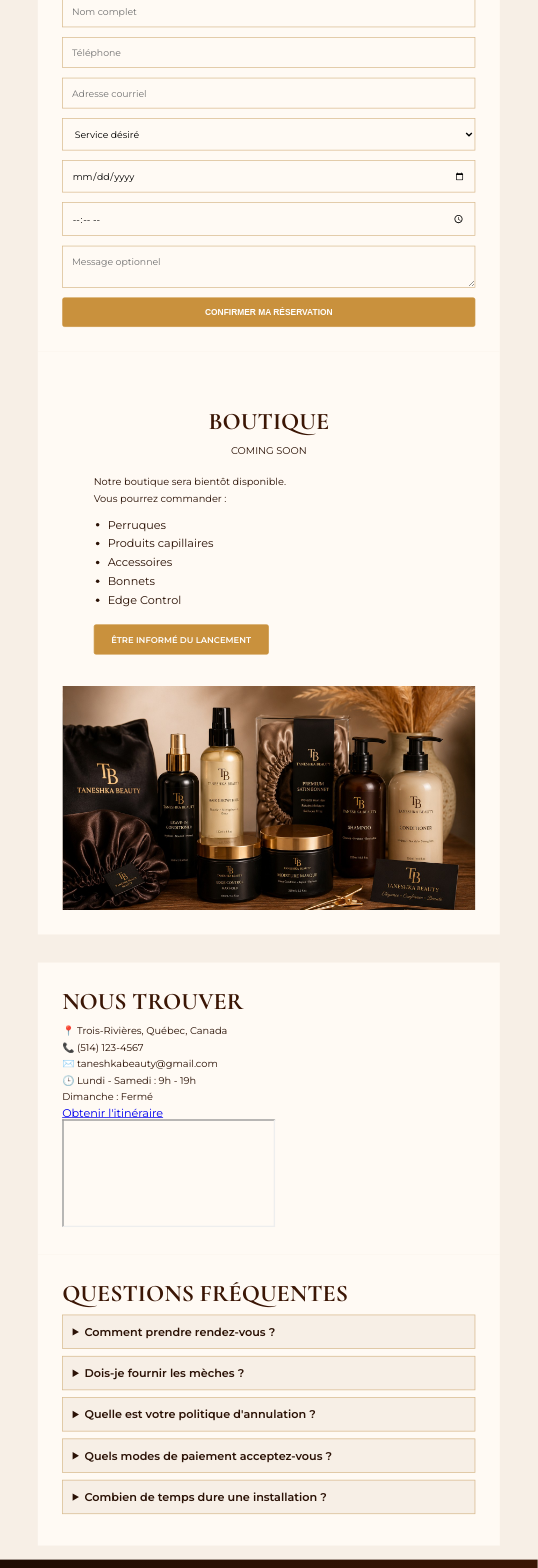
Repository: kngnepi/Taneshka-Beauty-House
Page: index.html
An editor plug-in stored every save of this project. The page is shown before and after the next save, followed by the edit.
The browser window is 768 px wide. The pictures show the part of the page from y = 4260 to 6500 px (the page is 6699 px tall before and 6882 px after), at 70% of full size.
Pictures or frames that could not be fetched are drawn as grey boxes.

Above is the page before, as saved 2026-06-24 22:28:35.

After the next save:
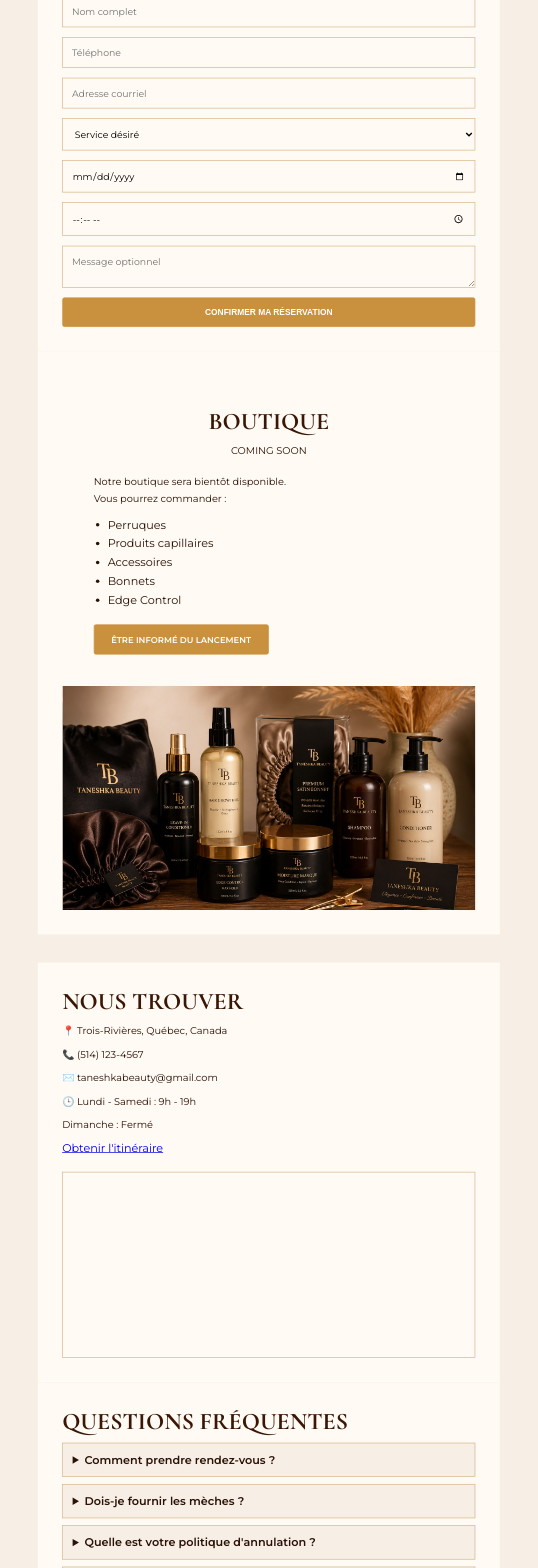
Saved 28 s later.
--- a/style.css
+++ b/style.css
@@ -500,3 +500,33 @@
     border: none;
     padding: 35px;
 }
+.location-content {
+  display: grid;
+  grid-template-columns: 1fr 1.2fr;
+  gap: 25px;
+  align-items: stretch;
+}
+
+.location-info p {
+  margin-bottom: 10px;
+}
+
+.map-box {
+  width: 100%;
+  min-height: 260px;
+  border: 1px solid var(--border);
+  overflow: hidden;
+}
+
+.map-box iframe {
+  width: 100%;
+  height: 100%;
+  min-height: 260px;
+  border: none;
+}
+
+@media (max-width: 900px) {
+  .location-content {
+    grid-template-columns: 1fr;
+  }
+}
